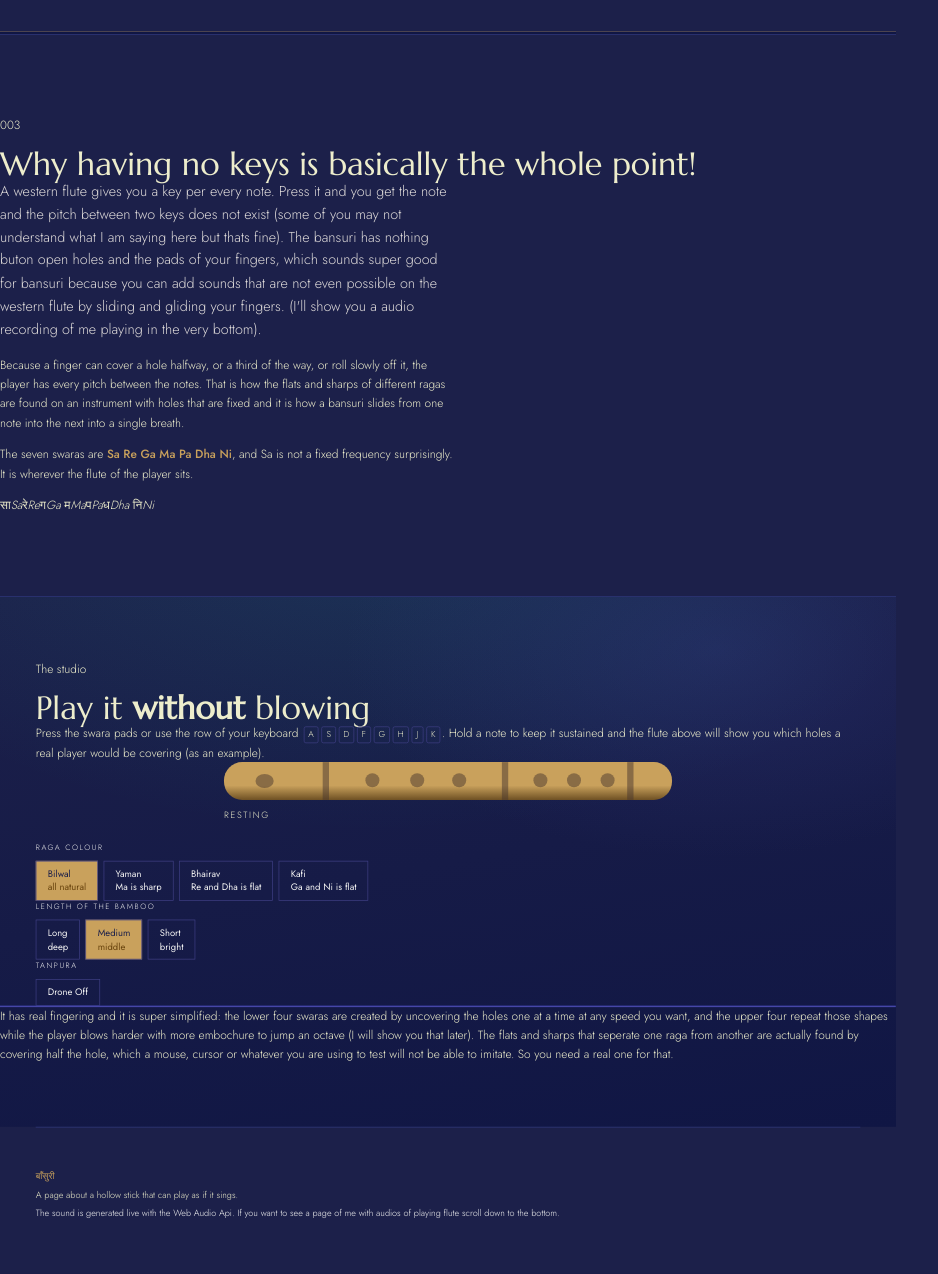
Repository: manayparikh1/Bansi
Page: index.html
The author's editor kept a copy of each file at every save. The page is drawn from the files as they stood at one save, then again after the next save.
The browser window is 1280 px wide. The page is 1340 px wide, so the pictures cover 1340 px, including what lies to the right of the window. The pictures show the part of the page from y = 4194 to 6034 px (the page is 6014 px tall before and 6034 px after), at 70% of full size.

Above is the page before, as saved 2026-09-22 14:26:14.

After the next save:
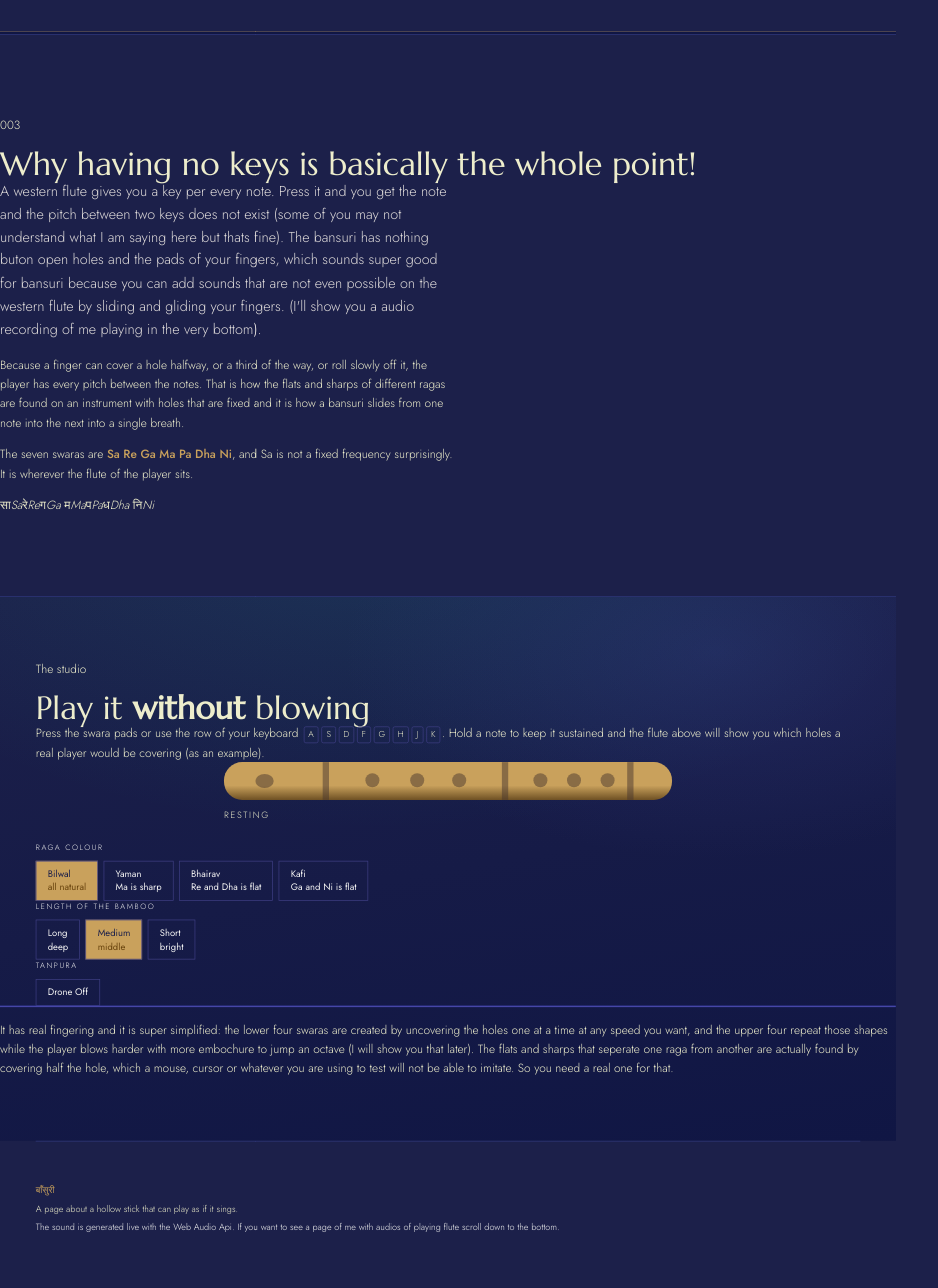
Saved 104 s later.
--- a/style.css
+++ b/style.css
@@ -581,13 +581,13 @@ kbd {
     transition: transform 0.006s, background 0.06s;
     touch-action: none;
     user-select: none;
+    margin-bottom: 20px;
 }
 
 .thepads b {
     display: block;
     font-size: 22px;
     margin-bottom: 4px;
-    margin-top: 6px;
 }
 
 .thepads kbd {
